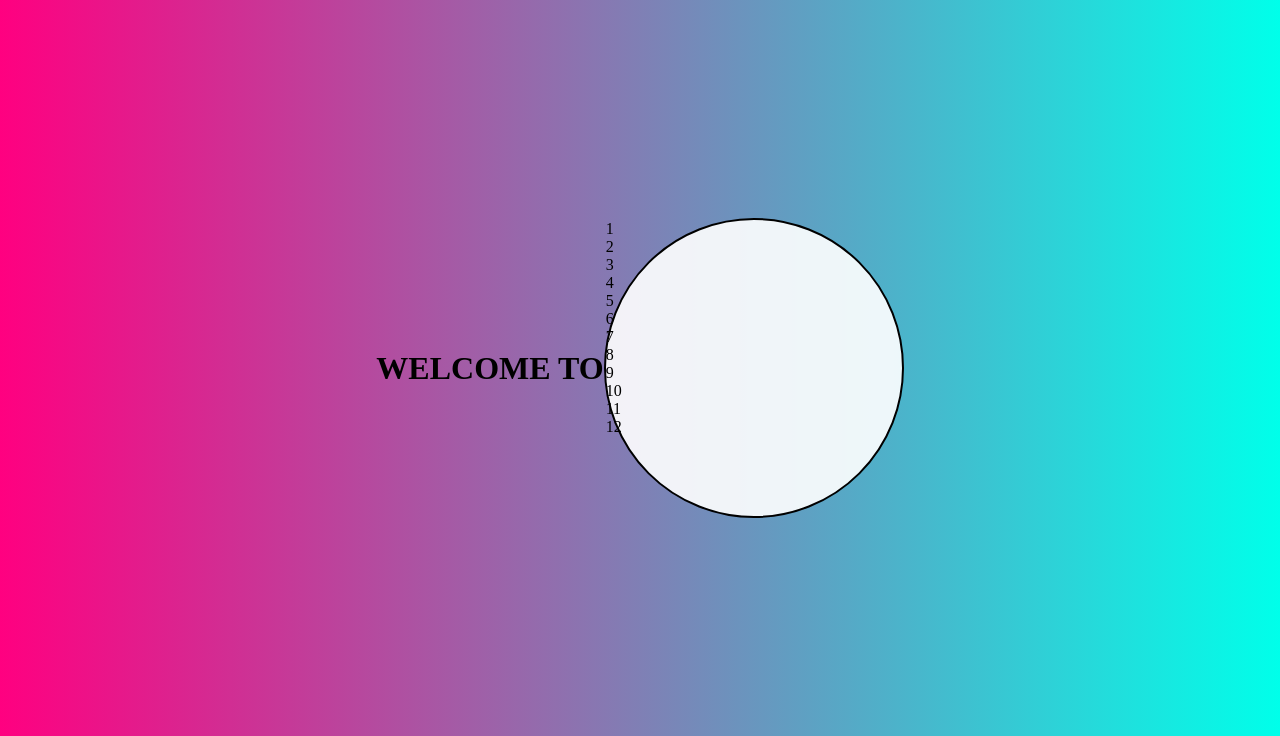
Repository: mirambialex/watch
Page: clock.html
These files come from the project's save history. The page is drawn as it stood at one moment and after the next save; the edit follows.
The browser window is 1280 px wide. The pictures show the whole page.

Above is the page before, as saved 2024-04-29 11:14:56.
Console error: SyntaxError: Unexpected token 'const'

After the next save:
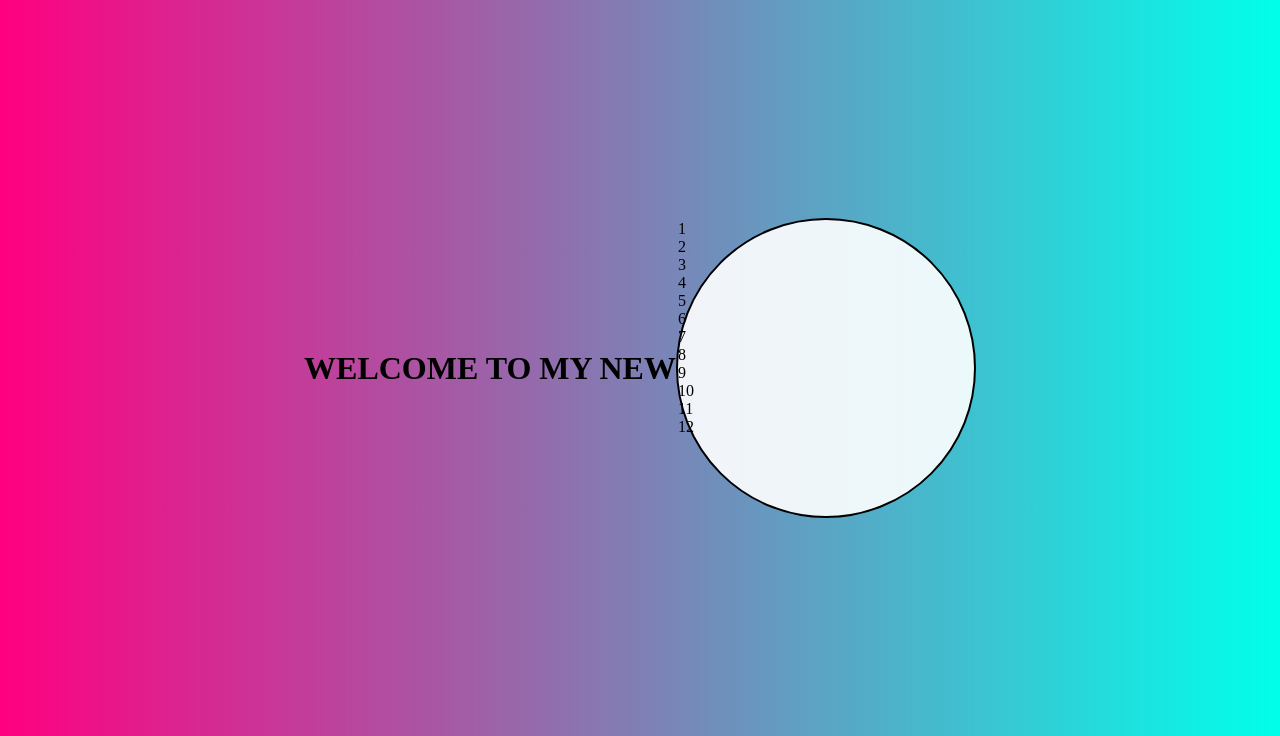
Saved 6 s later.
--- a/clock.html
+++ b/clock.html
@@ -6,7 +6,7 @@
     <link rel="stylesheet" href="clock.css">
     <title></title>
 </head>
-<h1>WELCOME TO </h1>
+<h1>WELCOME TO MY NEW </h1>
 <body>
     <div class="CLOCK">
         <div class="hour hand" data-hour-hand></div>
